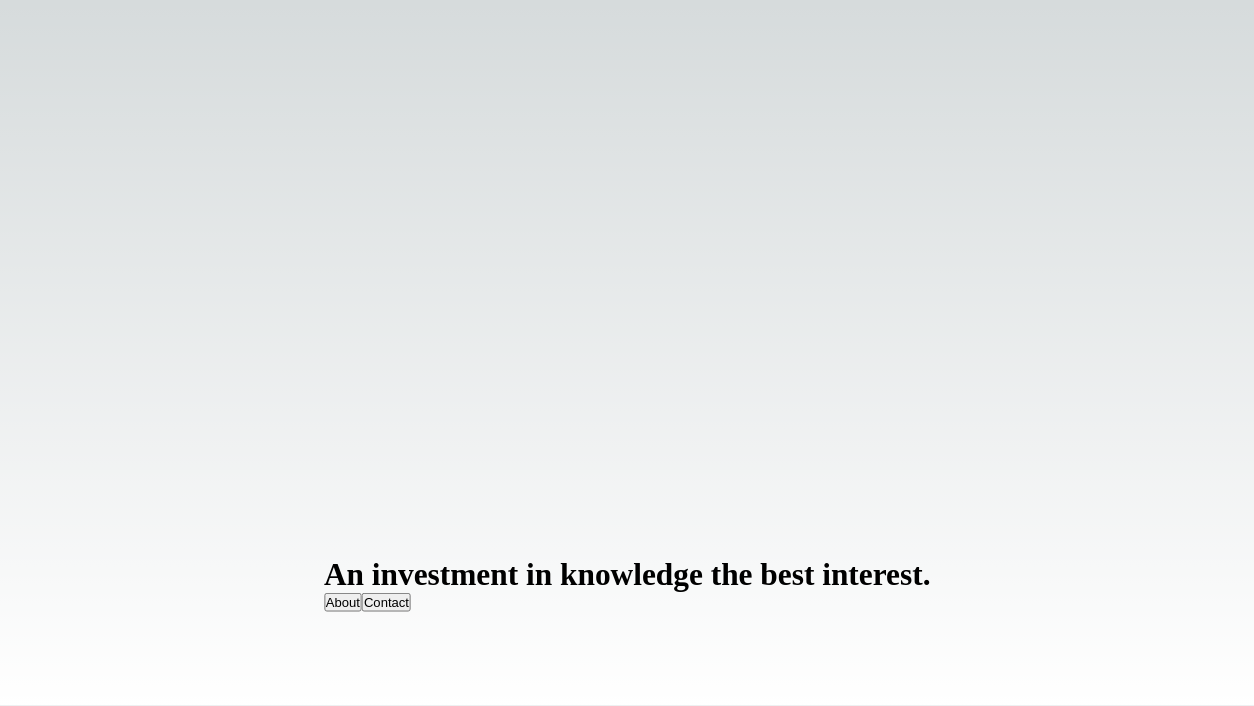
Repository: SanlyLp/assignment-1-playwright-site-a01182379
Page: /
The author's editor kept a copy of each file at every save. The page is drawn from the files as they stood at one save, then again after the next save.
The browser window is 1280 px wide. The pictures show the whole page, at 98% of full size.
The project was rebuilt for these pictures with package versions that can differ from the ones it lists, and the page was loaded fresh each time. The framework's server and built-in components were replaced by stand-ins that run in the browser. Also part of the build but not shown: next.config.js.

Above is the page before, as saved 2023-02-05 20:06:26.

After the next save:
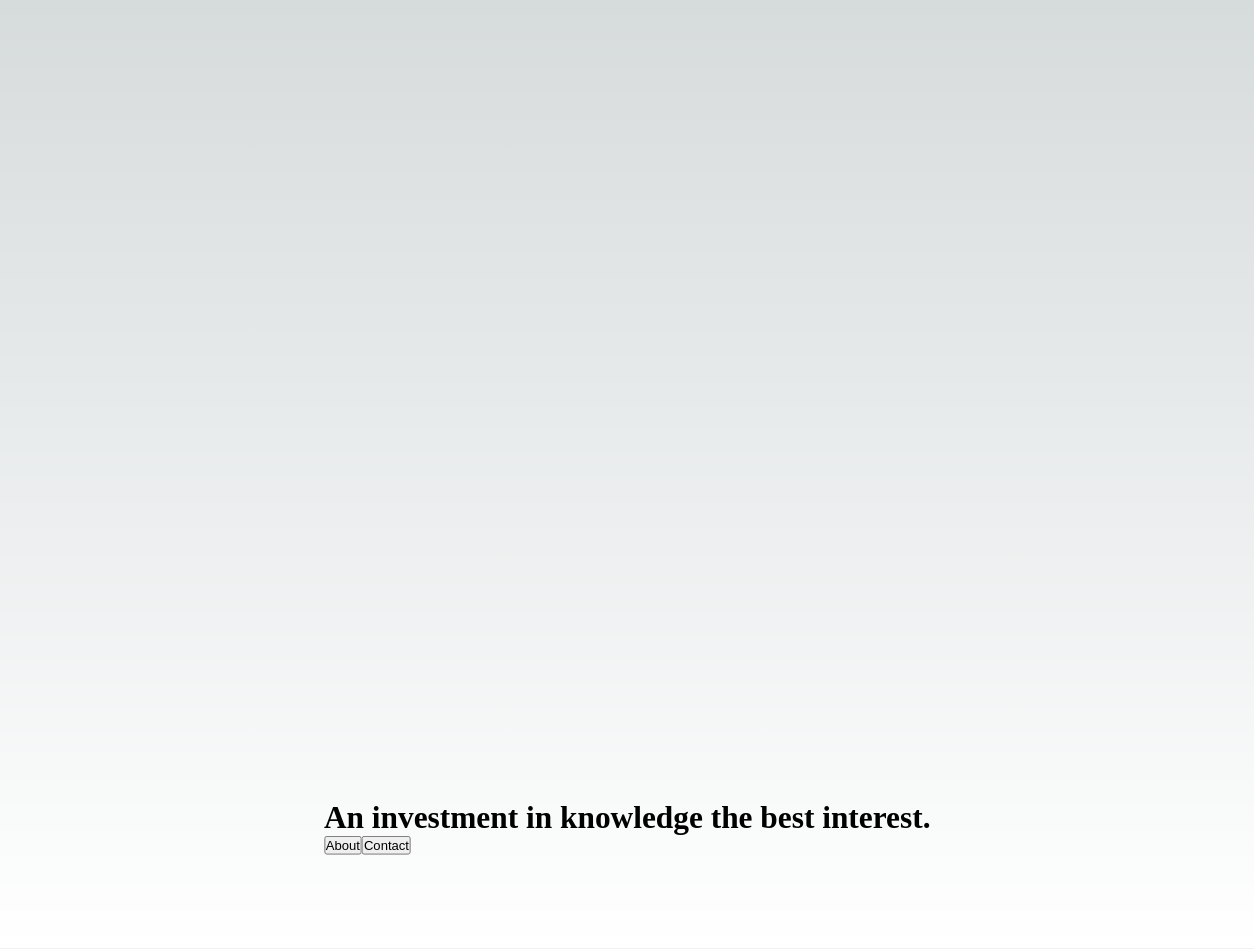
Saved 5 s later.
--- a/styles/Home.module.css
+++ b/styles/Home.module.css
@@ -11,7 +11,7 @@
   background-size: cover;
   background-repeat: no-repeat;
   background-position: center;
-  height:
+  height:100vh;
 
 
 

After the 2 saves that followed:
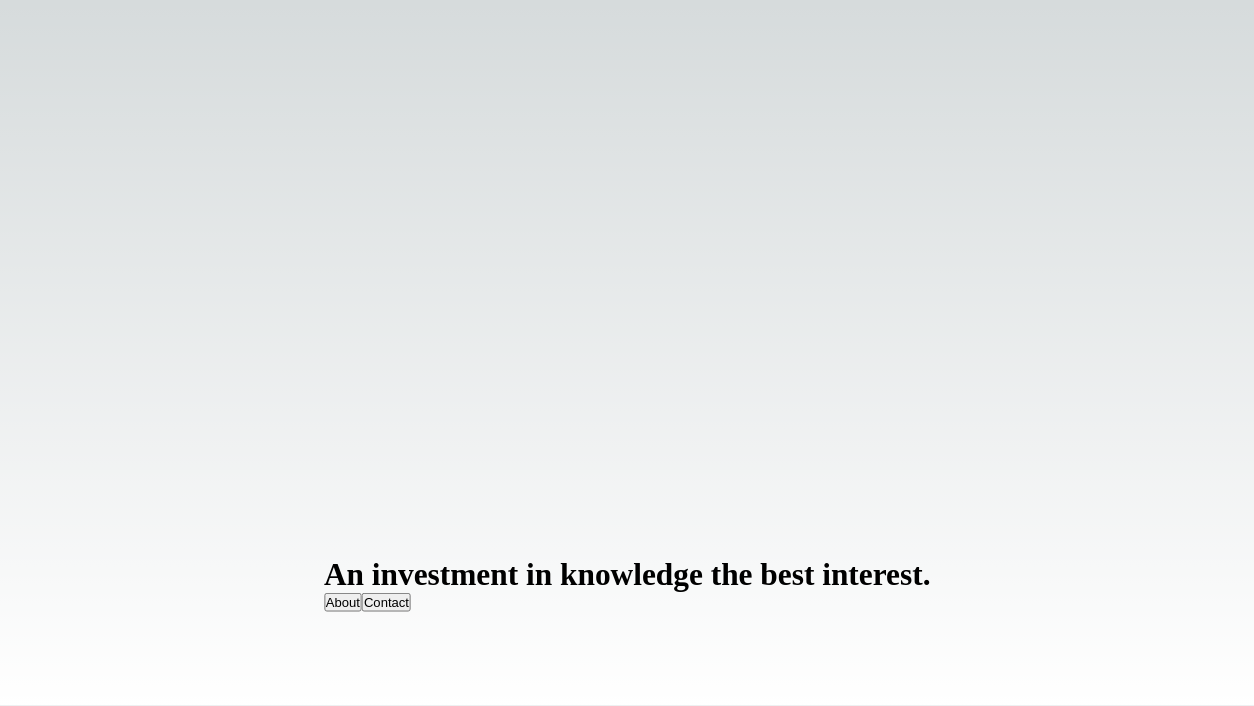
The 2 saves are shown as one change because they came seconds apart.
The last was saved 16 s later.
--- a/styles/Home.module.css
+++ b/styles/Home.module.css
@@ -11,7 +11,7 @@
   background-size: cover;
   background-repeat: no-repeat;
   background-position: center;
-  height:100vh;
+  padding: ;
 
 
 
